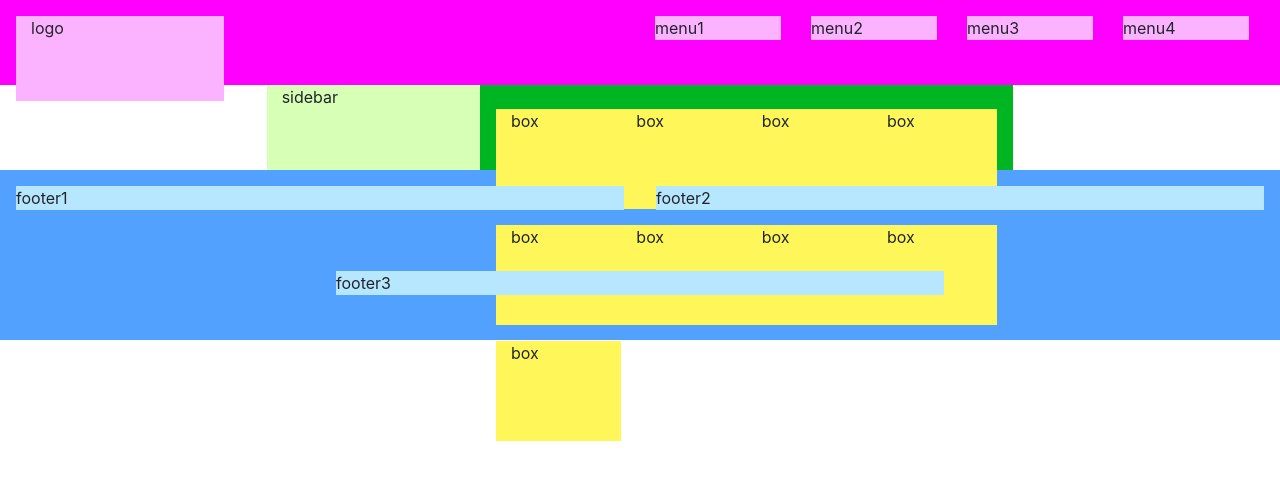
Repository: yuta0108/booker1-debug
Page: bootstrap_practice/index.html
The author's editor kept a record of every edit. The page is drawn from the files as they stood at one moment, then again after the next edit.
The browser window is 1280 px wide. The pictures show the whole page.

Above is the page before.

After the next edit:
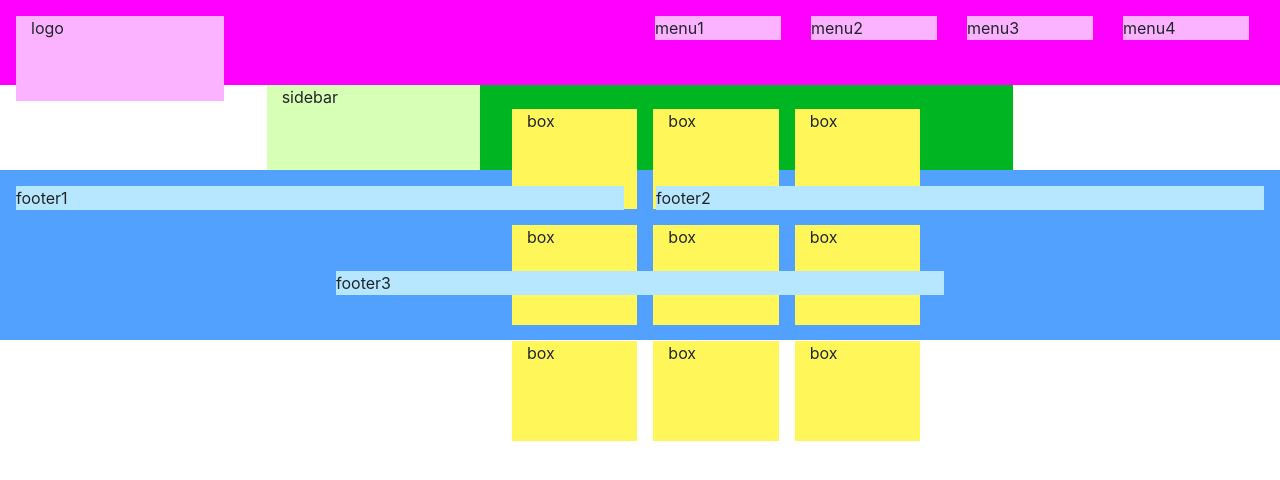
The edit:
--- a/bootstrap_practice/index.html
+++ b/bootstrap_practice/index.html
@@ -43,15 +43,15 @@
         <div class="col-2" style="background-color: #d8ffb6">sidebar</div>
         <div class="col-5" style="background-color: #00b522">
         <div class="row px-3 py-3 row-cols-3">
-          <div class="col-3 my-2" style="background-color: #fff75a">box</div>
-          <div class="col-3 my-2" style="background-color: #fff75a">box</div>
-          <div class="col-3 my-2" style="background-color: #fff75a">box</div>
-          <div class="col-3 my-2" style="background-color: #fff75a">box</div>
-          <div class="col-3 my-2" style="background-color: #fff75a">box</div>
-          <div class="col-3 my-2" style="background-color: #fff75a">box</div>
-          <div class="col-3 my-2" style="background-color: #fff75a">box</div>
-          <div class="col-3 my-2" style="background-color: #fff75a">box</div>
-          <div class="col-3 my-2" style="background-color: #fff75a">box</div>
+          <div class="col-3 my-2 ml-3" style="background-color: #fff75a">box</div>
+          <div class="col-3 my-2 ml-3" style="background-color: #fff75a">box</div>
+          <div class="col-3 my-2 ml-3" style="background-color: #fff75a">box</div>
+          <div class="col-3 my-2 ml-3" style="background-color: #fff75a">box</div>
+          <div class="col-3 my-2 ml-3" style="background-color: #fff75a">box</div>
+          <div class="col-3 my-2 ml-3" style="background-color: #fff75a">box</div>
+          <div class="col-3 my-2 ml-3" style="background-color: #fff75a">box</div>
+          <div class="col-3 my-2 ml-3" style="background-color: #fff75a">box</div>
+          <div class="col-3 my-2 ml-3" style="background-color: #fff75a">box</div>
         </div>
         </div>
       </div>
